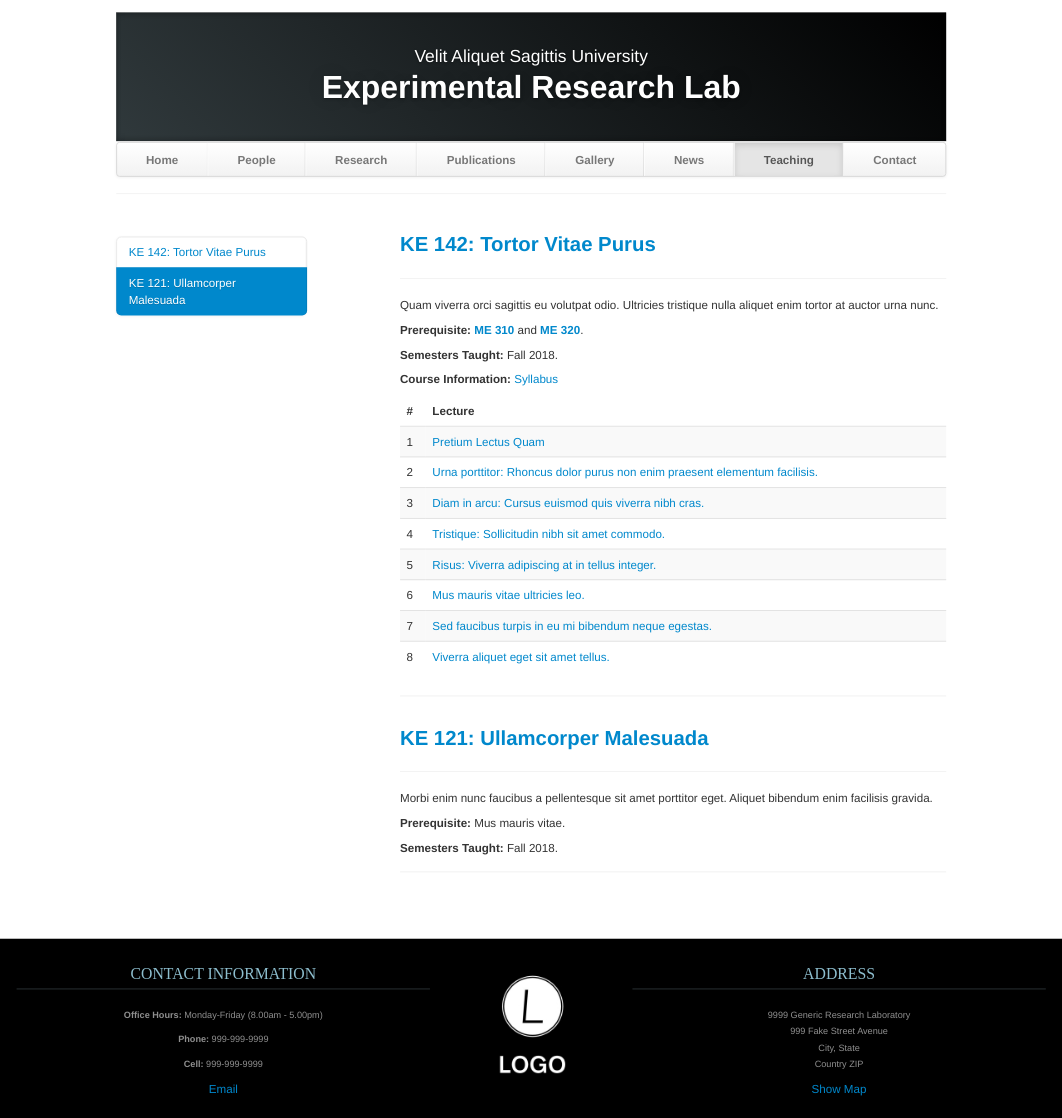
Repository: nbillab/nbillab.io
Page: teaching.html
An editor plug-in stored every save of this project. The page is shown before and after the next save, followed by the edit.
The browser window is 1280 px wide. The pictures show the whole page, at 83% of full size.

Above is the page before, as saved 2025-08-17 17:04:56.

### teaching.html
<!DOCTYPE html>
<html lang="en">
   <head>
      <meta charset="utf-8">
      <title>Research</title>
      <meta name="viewport" content="width=device-width, initial-scale=1.0">
      <meta name="description" content="Research Lab, Home, Velit Aliquet Sagittis University">
      <meta name="author" content="">
      <!-- Le styles -->
      <link href="css/bootstrap.min.css" rel="stylesheet">
      <link href="css/bootstrap-responsive.min.css" rel="stylesheet">
      <link href="css/theme.css" rel="stylesheet">
   </head>
   <body>
      <div class="container">
         <header class="jumbotron subhead" id="overview">
            <p class="lead"> Velit Aliquet Sagittis University </p>
            <h1>Experimental Research Lab</h1>
         </header>
         <div class="masthead">
            <div class="navbar">
               <div class="navbar-inner">
                  <div class="container">
                     <ul class="nav">
                        <li><a href="index.html">Home</a></li>
                        <li><a href="people.html">People</a></li>
                        <li><a href="research.html">Research</a></li>
                        <li><a href="publications.html">Publications</a></li>
                        <li><a href="gallery.html">Gallery</a></li>
                        <li><a href="news.html">News</a></li>
                        <li class="active"><a href="#">Teaching</a></li>
                        <li><a href="contact.html">Contact</a></li>
                     </ul>
                  </div>
               </div>
            </div>
         </div>
         <hr>
         <div class="row-fluid">
            <div class="span3 bs-docs-sidebar" id="navparent">
               <ul class="nav nav-list bs-docs-sidenav" data-spy="affix" data-offset-top="200" data-offset-bottom="260">
                  <li><a href="#ke142"> KE 142: Tortor Vitae Purus</a></li>
                  <li><a href="#ke121"> KE 121: Ullamcorper Malesuada</a></li>
               </ul>
            </div>
            <div class="span8 offset1">
               <section id="ke142">
                  <div class="page-header">
                     <h3><a href="">KE 142: Tortor Vitae Purus</a></h3>
                     <hr>
                     <p>Quam viverra orci sagittis eu volutpat odio. Ultricies tristique nulla aliquet enim tortor at auctor urna nunc. </p>
                     <p><b>Prerequisite: </b><a href=""><b>ME 310</b></a> and <a href=""><b>ME 320</b></a>.</p>
                     <p><b>Semesters Taught:</b> Fall 2018.</p>
                     <p><b>Course Information:</b> <a href="">Syllabus</a></p>
                     <table class="table table-striped">
                        <thead>
                           <tr>
                              <th>#</th>
                              <th>Lecture</th>
                        </thead>
                        <tbody>
                           <tr>
                              <td>1</td>
                              <td><a href="">Pretium Lectus Quam</a></td>
                           </tr>
                           <tr>
                              <td>2</td>
                              <td><a href="">Urna porttitor: Rhoncus dolor purus non enim praesent elementum facilisis.</a></td>
                           </tr>
                           <tr>
                              <td>3</td>
                              <td><a href="">Diam in arcu: Cursus euismod quis viverra nibh cras.</a></td>
                           </tr>
                           <tr>
                              <td>4</td>
                              <td><a href="">Tristique: Sollicitudin nibh sit amet commodo. </a></td>
                           </tr>
                           <tr>
                              <td>5</td>
                              <td><a href="">Risus: Viverra adipiscing at in tellus integer. </a></td>
                           </tr>
                           <tr>
                              <td>6</td>
                              <td><a href="">Mus mauris vitae ultricies leo.</a></td>
                           </tr>
                           <tr>
                              <td>7</td>
                              <td><a href="">Sed faucibus turpis in eu mi bibendum neque egestas. </a></td>
                           </tr>
                           <tr>
                              <td>8</td>
                              <td><a href="">Viverra aliquet eget sit amet tellus.</a></td>
                           </tr>
                        </tbody>
                     </table>
                  </div>
               </section>
               <section id="ke121">
                  <div class="page-header">
                     <h3><a href="">KE 121: Ullamcorper Malesuada</a></h3>
                     <hr>
                     <p>Morbi enim nunc faucibus a pellentesque sit amet porttitor eget. Aliquet bibendum enim facilisis gravida. </p>
                     <p><b>Prerequisite:</b> Mus mauris vitae.</p>
                     <p><b>Semesters Taught:</b> Fall 2018.</p>
                  </div>
               </section>
            </div>
         </div>
      </div>
      <footer id="footer">
         <div class="container-fluid">
            <div class="row-fluid">
               <div class="span5">
                  <h3>Contact Information</h3>
                  <p><b>Office Hours: </b>Monday-Friday (8.00am - 5.00pm)</p>
                  <p><b>Phone: </b>999-999-9999</p>
                  <p><b>Cell: </b>999-999-9999</p>
                  <a href="mailto:your.email@uni.edu">Email</a>
               </div>
               <div class="span2">
                  <a href="https://mybrandnewlogo.com/"><img src = "thumbs/generic-logo.JPG" alt="research-lab-logo"/></a>
               </div>
               <div class="span5">
                  <h3>Address</h3>
                  <p>9999 Generic Research Laboratory<br>
                     999 Fake Street Avenue<br>
                     City, State<br>
                     Country ZIP
                  </p>
                  <a href="http://maps.google.com/">Show Map</a>
               </div>
            </div>
         </div>
      </footer>

      <!-- Le javascript
         ================================================== -->
      <!-- Placed at the end of the document so the pages load faster -->
      <script src="js/jquery-1.9.1.min.js"></script>
      <script src="js/bootstrap.min.js"></script>
      <script>
         $(document).ready(function() {
             $(document.body).scrollspy({
                 target: "#navparent"
             });
         });

      </script>
   </body>
</html>

### css/theme.css
body {
	padding-top: 15px;
	padding-bottom: 0px;
}


/* Custom container */

.container {
	margin: 0 auto;
	max-width: 1000px;
}

.container>hr {
	margin: 20px 0
}


/* Customize the navbar links to be fill the entire space of the .navbar */

.navbar .navbar-inner {
	padding: 0
}

.navbar .nav {
	margin: 0;
	display: table;
	width: 100%;
}

.navbar .nav li {
	display: table-cell;
	width: 1%;
	float: none;
}

.navbar .nav li a {
	font-weight: bold;
	text-align: center;
	border-left: 1px solid rgba(255, 255, 255, .75);
	border-right: 1px solid rgba(0, 0, 0, .1);
}

.navbar .nav li:first-child a {
	border-left: 0;
	border-radius: 3px 0 0 3px;
}

.navbar .nav li:last-child a {
	border-right: 0;
	border-radius: 0 3px 3px 0;
}

body>.navbar {
	font-size: 13px
}


/* Change the docs' brand */

body>.navbar .brand {
	padding-right: 0;
	padding-left: 0;
	margin-left: 20px;
	float: right;
	font-weight: bold;
	color: #000;
	text-shadow: 0 1px 0 rgba(255, 255, 255, .1), 0 0 30px rgba(255, 255, 255, .125);
	-webkit-transition: all .2s linear;
	-moz-transition: all .2s linear;
	transition: all .2s linear;
}

body>.navbar .brand:hover {
	text-decoration: none;
	text-shadow: 0 1px 0 rgba(255, 255, 255, .1), 0 0 30px rgba(255, 255, 255, .4);
}


/* Sidenav for Docs
         -------------------------------------------------- */

@media screen and (max-width: 768px) {
	.bs-docs-sidenav {
		display: none !important;
	}
}

.bs-docs-sidenav {
	width: 228px;
	margin: 30px 0 0;
	padding: 0;
	background-color: #fff;
	-webkit-border-radius: 6px;
	-moz-border-radius: 6px;
	border-radius: 6px;
	-webkit-box-shadow: 0 1px 4px rgba(0, 0, 0, .065);
	-moz-box-shadow: 0 1px 4px rgba(0, 0, 0, .065);
	box-shadow: 0 1px 4px rgba(0, 0, 0, .065);
}

.bs-docs-sidenav>li>a {
	display: block;
	width: 200px;
	margin: 0 0 -1px;
	padding: 8px 14px;
	border: 1px solid #e5e5e5;
}

.bs-docs-sidenav>li>a.subhead {
	display: block;
	width: 168px;
	margin: 0 0 -1px;
	padding: 8px 30px;
	border: 1px solid #e5e5e5;
	font-size: 12px;
}

.bs-docs-sidenav>li:first-child>a {
	-webkit-border-radius: 6px 6px 0 0;
	-moz-border-radius: 6px 6px 0 0;
	border-radius: 6px 6px 0 0;
}

.bs-docs-sidenav>li:last-child>a {
	-webkit-border-radius: 0 0 6px 6px;
	-moz-border-radius: 0 0 6px 6px;
	border-radius: 0 0 6px 6px;
}

.bs-docs-sidenav>.active>a {
	position: relative;
	z-index: 2;
	padding: 9px 15px;
	border: 0;
	text-shadow: 0 1px 0 rgba(0, 0, 0, .15);
	-webkit-box-shadow: inset 1px 0 0 rgba(0, 0, 0, .1), inset -1px 0 0 rgba(0, 0, 0, .1);
	-moz-box-shadow: inset 1px 0 0 rgba(0, 0, 0, .1), inset -1px 0 0 rgba(0, 0, 0, .1);
	box-shadow: inset 1px 0 0 rgba(0, 0, 0, .1), inset -1px 0 0 rgba(0, 0, 0, .1);
}

.bs-docs-sidenav>li>a:hover {
	background-color: #f5f5f5
}

.bs-docs-sidenav a:hover .icon-chevron-right {
	opacity: .5
}

.bs-docs-sidenav.affix {
	top: 10px
}

.bs-docs-sidenav.affix-bottom {
	position: absolute;
	top: auto;
	bottom: 270px;
}


/* Responsive
         -------------------------------------------------- */

.affix {
	top: 0px
}

#media {
	margin-top: 70px
}

#media .header {
	margin-left: 0;
	margin-bottom: 56px;
	margin-top: 30px;
}

#media .post_row {
	margin-left: 0;
	margin-bottom: 40px;
}

#media .lastpost_row {
	margin-bottom: 0
}

#media .post_row .post {
	background: #fff;
	/*margin-left: 0;;
    margin-right: 20px;*/
	border-radius: 4px;
	box-shadow: 1px 1px 2px 0px #E0E0E0;
	width: 487px;
	height: 616px;
}

#media .post_row .last {
	margin-right: 0
}

#media .post_row .post .img {
	position: relative;
	text-align: center;
}

#media .post_row .post .img .date {
	background: #E8554E;
	position: absolute;
	padding: 2px 5px;
	top: 0;
	left: 11px;
}

#media .post_row .post .img .date p {
	color: #fff;
	font-size: 14px;
	font-weight: bold;
	font-style: italic;
	margin: 0;
}

#media .post_row .post .img img {
	height: 275px;
	width: 410px;
}

#media .post_row .post .text {
	margin: 18px auto 0;
	width: 83%;
}

#media .post_row .post .text h5 {
	margin: 0 0 8px 0;
	font-size: 20px;
	line-height: 23px;
}

#media .post_row .post .text h5 a {
	color: #333
}

#media .post_row .post .text span.date {
	color: #9F9F9F;
	display: block;
	margin-bottom: 12px;
	font-style: italic;
	font-size: 13px;
}

#media .post_row .post .text p {
	margin: 0;
	line-height: 21px;
	font-size: 14px;
}

#media .post_row .post .author_box {
	margin: 12px auto 20px;
	border-top: 1px solid #EDEDED;
	overflow: hidden;
	text-align: left;
	width: 85%;
	padding-top: 12px;
}

#media .post_row .post .author_box h6 {
	margin: 0 0 3px 0;
	font-size: 13px;
	line-height: 15px;
	font-style: italic;
	font-weight: normal;
	color: #B2B2B2;
}

#media .post_row .post .author_box p {
	color: #B2B2B2;
	font-style: italic;
	font-size: 13px;
	line-height: 14px;
	margin: 0;
}

#media .post_row .post .author_box img {
	float: right
}

#media .post_row .post a.plus_wrapper {
	width: 99%;
	text-align: center;
	background: #fff;
	display: none;
	border-radius: 0px 0px 4px 4px;
	padding: 6px 0px 2px;
	margin: 0 auto 1px;
}

#media .post_row .post a.plus_wrapper span {
	color: #1189D9;
	font-size: 30px;
	font-weight: bold;
}

#media .post_row .post:hover a.plus_wrapper {
	display: block
}

#media .post_row .post:hover {
	box-shadow: 0px 1px 5px 1px rgb(216, 216, 216)
}

#media .post_row .post:hover .text h5 a {
	color: #1189D9
}

.map .box_wrapp {
	position: absolute;
	margin: 15px auto;
	box-shadow: 0 0 7px 0 rgba(26, 26, 26, 0.4);
	padding: 30px 0 30px;
	background: white;
	border-radius: 4px;
	margin-top: 25px;
}

.map .box_wrapp .box_cont {
	margin: 30px auto;
	width: 76%;
}

.section-header {
	text-align: center;
	margin-bottom: 35px;
}

.section-header h1,
.title-text {
	font-weight: bold;
	font-size: 30px;
	margin: 12.5px 0;
	font-weight: 100;
	margin-bottom: 25px;
	line-height: 55px;
}

.feature-item:hover {
	box-shadow: 0px 1px 5px 1px rgb(216, 216, 216)
}

.feature-item img {
	margin-left: 15px;
	margin-right: 15px;
	max-width: 90%;
	height: 200px;
}

.feature-item h5 {
	margin-left: 15px;
	margin-right: 15px;
	margin-top: 20px;
	margin-bottom: 20px;
}

.feature-item p {
	margin-left: 15px;
	margin-right: 15px;
}

.feature-heading {
	margin-top: 20px;
	margin-bottom: 20px;
	margin-left: 15px;
	margin-right: 15px;
}

.feature-heading a:hover {
	text-decoration: none;
}

.feature-button {
	font-size: 16px;
	background-image: none;
	box-shadow: none;
	margin-bottom: 10px;
}

.centered {
	text-align: center;
}

.subhead {
	text-align: left;
	border-bottom: 1px solid #ddd;
}

.jumbotron {
	position: relative;
	padding: 45px 0px 35px 0px;
	color: #fff;
	text-align: center;
	text-shadow: 0 1px 3px rgba(0, 0, 0, .4), 0 0 30px rgba(0, 0, 0, .075);
	background: #30393C;
	background: -moz-linear-gradient(45deg, #30393C 0%, #000000 100%);
	background: -webkit-gradient(linear, left bottom, right top, color-stop(0%, #30393C), color-stop(100%, #30393C));
	background: -webkit-linear-gradient(45deg, #30393C 0%, #000000 100%);
	background: -o-linear-gradient(45deg, #30393C 0%, #000000 100%);
	background: -ms-linear-gradient(45deg, #30393C 0%, #000000 100%);
	background: linear-gradient(45deg, #30393C 0%, #000000 100%) repeat;
	-webkit-box-shadow: inset 0 3px 7px rgba(0, 0, 0, .2), inset 0 -3px 7px rgba(0, 0, 0, .2);
	-moz-box-shadow: inset 0 3px 7px rgba(0, 0, 0, .2), inset 0 -3px 7px rgba(0, 0, 0, .2);
	box-shadow: inset 0 3px 7px rgba(0, 0, 0, .2), inset 0 -3px 7px rgba(0, 0, 0, .2);
}

.jumbotron:after {
	content: '';
	display: block;
	position: absolute;
	top: 0;
	right: 0;
	bottom: 0;
	left: 0;
	opacity: .4;
}

.lead {
	margin-bottom: 0px;
	font-size: 21px;
	font-weight: 200;
	line-height: 15px;
}

img.float-left {
	float: left;
	margin-top: 9px;
	margin-left: 0px;
	margin-right: 30px;
	margin-bottom: 12px;
}

img.float-right {
	float: right;
	margin-top: 9px;
	margin-right: 0px;
	margin-bottom: 12px;
	margin-left: 30px;
}

img.publications-thumb {
	width: 142px;
	height: 188px;
}

.caption {
	margin: 10px;
}

.responsive-video {
	position: relative;
	padding-bottom: 56.25%;
	padding-top: 60px;
	overflow: hidden;
}

.responsive-video iframe,
.responsive-video object,
.responsive-video embed {
	position: absolute;
	top: 0;
	left: 0;
	width: 93.5%;
	height: 93.5%;
}

.video-caption {
	margin: 10px;
}

.accordion {
	margin-bottom: 20px;
	margin-right: 40px;
}

.thumbnail>img.sponsor {
	width: 212px;
	height: 150px;
}

img.carousel-image {
	width: 100%;
}

li.publication {
	margin-bottom: 20px;
}

.page-header h3 a:hover {
	text-decoration: none;
}

iframe.map-frame {
	border: none;
	overflow: hidden;
	margin-top: 10px;
	margin-bottom: 10px;
	margin-left: 0px;
	margin-right: 0px;
	height: 550px;
	width: 100%;
}

ul.sponsors {
	margin-top: 40px;
	margin-bottom: 40px;
}

#footer {
	z-index: 10;
	margin-top: 50px;
	margin-bottom: 0px;
	padding-bottom: 25px;
	border-top-width: 8px;
	border-top-style: solid;
	border-top-color: #2F2F2F;
	background-color: #000000;
	border: 0;
	font-size: 100%;
	font: inherit;
	vertical-align: baseline;
	text-align: center;
}

#footer h3 {
	font-size: 19px;
	text-transform: uppercase;
	font-family: BebasNeueRegular;
	color: #8DBECE;
	border-bottom-width: 1px;
	border-bottom-style: solid;
	border-bottom-color: #30393C;
	line-height: 35px;
	margin-bottom: 20px;
	margin-top: 25px;
	font-weight: normal;
}

#footer a img {
	margin-top: 40px;
}

#footer p,
#footer address {
	color: #8F8F8F;
	font-size: 11px;
}

Loaded but not shown: css/bootstrap.min.css (library); css/bootstrap-responsive.min.css (library); js/jquery-1.9.1.min.js (library); js/bootstrap.min.js (library)

After the next save:
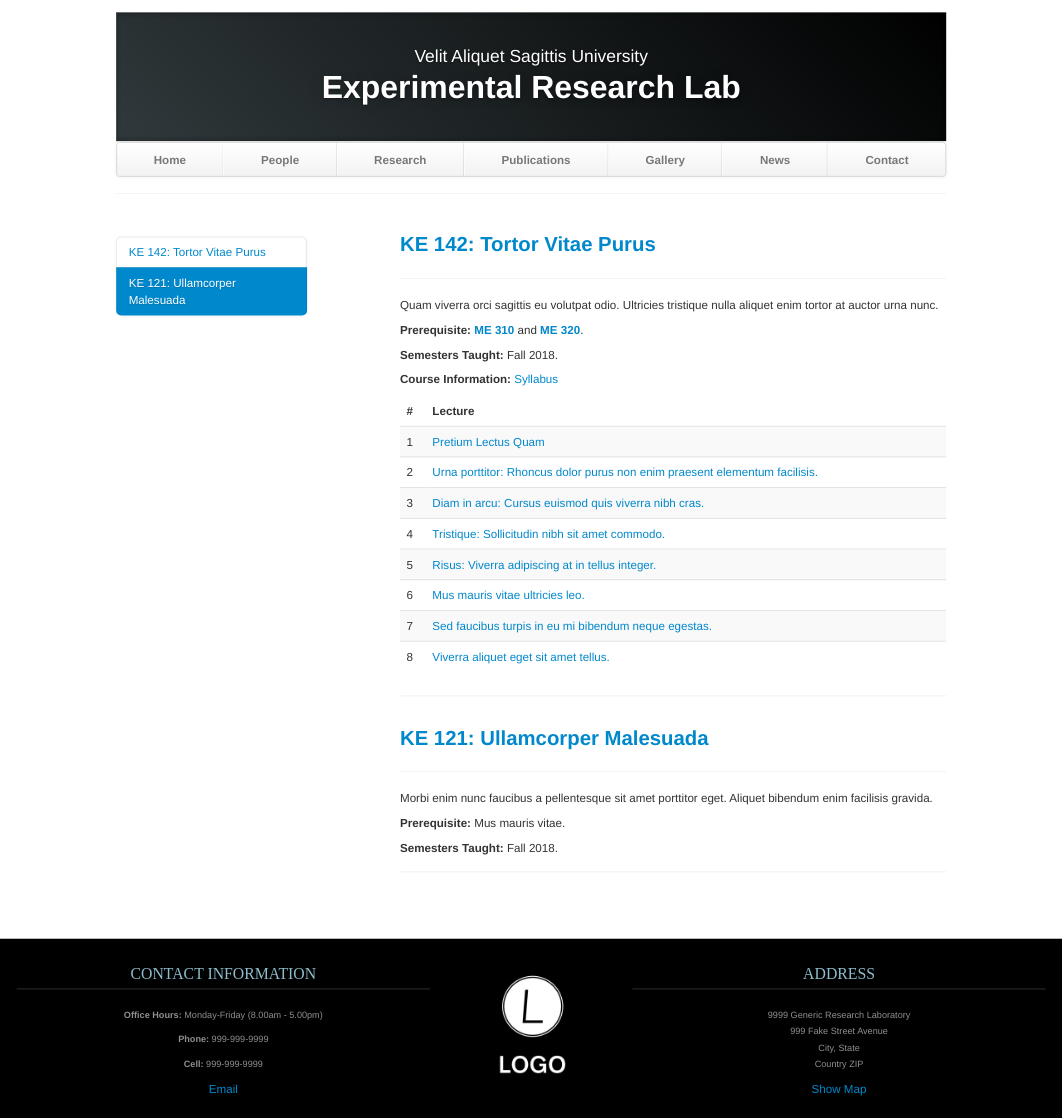
Saved 1 s later.
--- a/teaching.html
+++ b/teaching.html
@@ -28,7 +28,6 @@
                         <li><a href="publications.html">Publications</a></li>
                         <li><a href="gallery.html">Gallery</a></li>
                         <li><a href="news.html">News</a></li>
-                        <li class="active"><a href="#">Teaching</a></li>
                         <li><a href="contact.html">Contact</a></li>
                      </ul>
                   </div>
